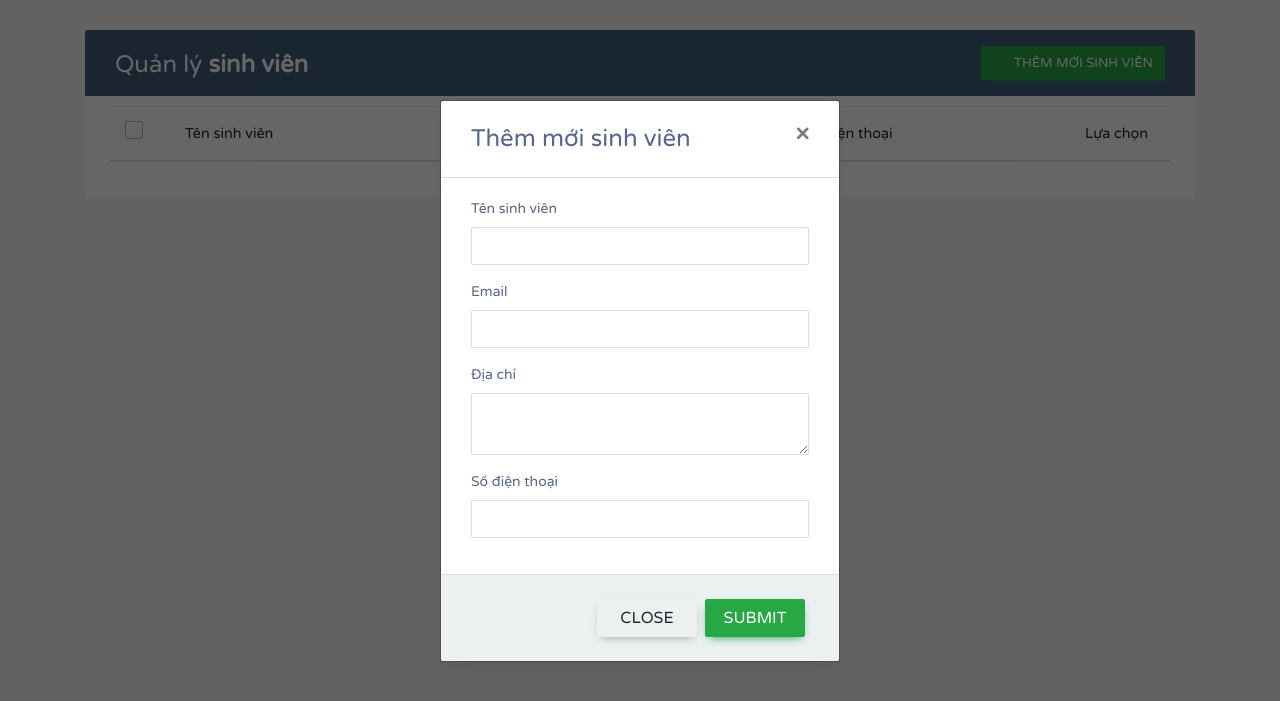
Repository: TinhTT336/MD02_Session06
Page: /, after clicking the first element matching `button.btn`
These files come from the project's save history. The page is drawn as it stood at one moment and after the next save; the edit follows.
The browser window is 1280 px wide. The pictures show the whole page.
Some web libraries are served in a nearby version. The project was rebuilt for these pictures with package versions that can differ from the ones it lists, and the page was loaded fresh each time. Also part of the build but not shown: vite.config.js, src/mini_project/TodoList.jsx, src/mini_project/Todo.jsx, src/base/Input.jsx, src/base/Radio.jsx, src/base/Checkbox.jsx, src/Homework/EditModal.jsx, src/index.css.

Above is the page before, as saved 2023-09-02 21:34:57.

### index.html
<!doctype html>
<html lang="en">

<head>
  <meta charset="UTF-8" />
  <link rel="icon" type="image/svg+xml" href="/vite.svg" />
  <meta name="viewport" content="width=device-width, initial-scale=1.0" />
  <title>Vite + React</title>
  <link href="https://cdnjs.cloudflare.com/ajax/libs/font-awesome/6.0.0/css/all.min.css" rel="stylesheet" />
  <link href="https://fonts.googleapis.com/css?family=Roboto:300,400,500,700&display=swap" rel="stylesheet" />
  <link href="https://cdnjs.cloudflare.com/ajax/libs/mdb-ui-kit/6.2.0/mdb.min.css" rel="stylesheet" />
  <link rel="stylesheet" href="https://fonts.googleapis.com/css?family=Roboto|Varela+Round">
  <link rel="stylesheet" href="https://stackpath.bootstrapcdn.com/bootstrap/4.5.0/css/bootstrap.min.css">
  <link rel="stylesheet" href="https://fonts.googleapis.com/icon?family=Material+Icons">
  <link rel="stylesheet" href="https://maxcdn.bootstrapcdn.com/font-awesome/4.7.0/css/font-awesome.min.css">
  <link rel="stylesheet" href="./public/css/index.css">

</head>

<body>
  <div id="root"></div>
  <script type="module" src="/src/main.jsx"></script>
</body>

</html>

### public/css/index.css
body {
	color: #566787;
	background: #f5f5f5;
	font-family: 'Varela Round', sans-serif;
	font-size: 13px;
}

.table-responsive {
	margin: 30px 0;
}

.table-wrapper {
	background: #fff;
	padding: 20px 25px;
	border-radius: 3px;
	min-width: 1000px;
	box-shadow: 0 1px 1px rgba(0, 0, 0, .05);
}

.table-title {
	padding-bottom: 15px;
	background: #435d7d;
	color: #fff;
	padding: 16px 30px;
	min-width: 100%;
	margin: -20px -25px 10px;
	border-radius: 3px 3px 0 0;
}

.table-title h2 {
	margin: 5px 0 0;
	font-size: 24px;
}

.table-title .btn-group {
	float: right;
}

.table-title .btn {
	color: #fff;
	float: right;
	font-size: 13px;
	border: none;
	min-width: 50px;
	border-radius: 2px;
	border: none;
	outline: none !important;
	margin-left: 10px;
}

.table-title .btn i {
	float: left;
	font-size: 21px;
	margin-right: 5px;
}

.table-title .btn span {
	float: left;
	margin-top: 2px;
}

table.table tr th,
table.table tr td {
	border-color: #e9e9e9;
	padding: 12px 15px;
	vertical-align: middle;
}

table.table tr th:first-child {
	width: 60px;
}

table.table tr th:last-child {
	width: 100px;
}

table.table-striped tbody tr:nth-of-type(odd) {
	background-color: #fcfcfc;
}

table.table-striped.table-hover tbody tr:hover {
	background: #f5f5f5;
}

table.table th i {
	font-size: 13px;
	margin: 0 5px;
	cursor: pointer;
}

table.table td:last-child i {
	opacity: 0.9;
	font-size: 22px;
	margin: 0 5px;
}

table.table td a {
	font-weight: bold;
	color: #566787;
	display: inline-block;
	text-decoration: none;
	outline: none !important;
}

table.table td a:hover {
	color: #2196F3;
}

table.table td a.edit {
	color: #FFC107;
}

table.table td a.delete {
	color: #F44336;
}

table.table td i {
	font-size: 19px;
}

table.table .avatar {
	border-radius: 50%;
	vertical-align: middle;
	margin-right: 10px;
}

.pagination {
	float: right;
	margin: 0 0 5px;
}

.pagination li a {
	border: none;
	font-size: 13px;
	min-width: 30px;
	min-height: 30px;
	color: #999;
	margin: 0 2px;
	line-height: 30px;
	border-radius: 2px !important;
	text-align: center;
	padding: 0 6px;
}

.pagination li a:hover {
	color: #666;
}

.pagination li.active a,
.pagination li.active a.page-link {
	background: #03A9F4;
}

.pagination li.active a:hover {
	background: #0397d6;
}

.pagination li.disabled i {
	color: #ccc;
}

.pagination li i {
	font-size: 16px;
	padding-top: 6px
}

.hint-text {
	float: left;
	margin-top: 10px;
	font-size: 13px;
}

/* Custom checkbox */
.custom-checkbox {
	position: relative;
}

.custom-checkbox input[type="checkbox"] {
	opacity: 0;
	position: absolute;
	margin: 5px 0 0 3px;
	z-index: 9;
}

.custom-checkbox label:before {
	width: 18px;
	height: 18px;
}

.custom-checkbox label:before {
	content: '';
	margin-right: 10px;
	display: inline-block;
	vertical-align: text-top;
	background: white;
	border: 1px solid #bbb;
	border-radius: 2px;
	box-sizing: border-box;
	z-index: 2;
}

.custom-checkbox input[type="checkbox"]:checked+label:after {
	content: '';
	position: absolute;
	left: 6px;
	top: 3px;
	width: 6px;
	height: 11px;
	border: solid #000;
	border-width: 0 3px 3px 0;
	transform: inherit;
	z-index: 3;
	transform: rotateZ(45deg);
}

.custom-checkbox input[type="checkbox"]:checked+label:before {
	border-color: #03A9F4;
	background: #03A9F4;
}

.custom-checkbox input[type="checkbox"]:checked+label:after {
	border-color: #fff;
}

.custom-checkbox input[type="checkbox"]:disabled+label:before {
	color: #b8b8b8;
	cursor: auto;
	box-shadow: none;
	background: #ddd;
}

/* Modal styles */
.modal .modal-dialog {
	max-width: 400px;
}

.modal .modal-header,
.modal .modal-body,
.modal .modal-footer {
	padding: 20px 30px;
}

.modal .modal-content {
	border-radius: 3px;
	font-size: 14px;
}

.modal .modal-footer {
	background: #ecf0f1;
	border-radius: 0 0 3px 3px;
}

.modal .modal-title {
	display: inline-block;
}

.modal .form-control {
	border-radius: 2px;
	box-shadow: none;
	border-color: #dddddd;
}

.modal textarea.form-control {
	resize: vertical;
}

.modal .btn {
	border-radius: 2px;
	min-width: 100px;
}

.modal form label {
	font-weight: normal;
}

### src/App.jsx
import { useState } from "react";
import reactLogo from "./assets/react.svg";
import viteLogo from "/vite.svg";
import "./App.css";
import TodoList from "./mini_project/TodoList";
import Todo from "./mini_project/Todo";
import Input from "./base/Input";
import Radio from "./base/Radio";
import Checkbox from "./base/Checkbox";
import Index from "./Homework/Index";

function App() {
  const [count, setCount] = useState(0);

  return (
    <>
      {/* <TodoList /> */}
      {/* <Todo /> */}
      {/* <Input /> */}
      {/* <Radio /> */}
      {/* <Checkbox /> */}
      <Index />
    </>
  );
}

export default App;

### src/App.css
.modal {
  position: fixed;
  top: 0;
  left: 0;
  right: 0;
  bottom: 0;
  background-color: rgba(0, 0, 0, 0.6);
  z-index: 1050;
  display: block !important;
  width: 100%;
  height: 100%;
  overflow: hidden;
  outline: 0;
}

.fade:not(.show) {
  opacity: 1;
}

.modal-dialog {
  margin-top: 150px;
}

### src/Homework/Index.jsx
import React from 'react'
import Table from './Table'
import AddModal from './AddModal'
import EditModal from './EditModal'

export default function Index() {
    return (
        <div>
            <Table />
            {/* <AddModal /> */}
            {/* <EditModal /> */}
        </div>
    )
}

### src/Homework/Table.jsx
import React, { useState } from 'react'
import AddModal from './AddModal';

export default function Table() {
    const [showFormAdd, setShowFormAdd] = useState(false);
    const [listStudent, setListStudent] = useState(() => {
        const students = JSON.parse(localStorage.getItem("students")) || [];
        return students;
    });
    // ham hien form Add
    const handleShowFormAdd = () => {
        setShowFormAdd(true); //set lai trang thai tu false thanh true
    }
    // ham an form Add
    const handleCloseFormAdd = () => {
        setShowFormAdd(false);
    }

    return (
        <>
            {/* component addModal se hien thi o day */}
            {showFormAdd ? <AddModal handleCloseFormAdd={handleCloseFormAdd} /> : <></>}
            <div className="container-xl">
                <div className="table-responsive">
                    <div className="table-wrapper">
                        <div className="table-title">
                            <div className="row">
                                <div className="col-sm-6">
                                    <h2>
                                        Quản lý <b>sinh viên</b>
                                    </h2>
                                </div>
                                <div className="col-sm-6">
                                    <button onClick={handleShowFormAdd}
                                        href="#addEmployeeModal"
                                        className="btn
                              btn-success"
                                        data-toggle="modal"
                                    >
                                        <i className="material-icons"></i>
                                        <span>Thêm mới sinh viên</span>
                                    </button>
                                </div>
                            </div>
                        </div>
                        <table className="table table-striped table-hover">
                            <thead>
                                <tr>
                                    <th>
                                        <span className="custom-checkbox">
                                            <input type="checkbox" id="selectAll" />
                                            <label htmlFor="selectAll" />
                                        </span>
                                    </th>
                                    <th>Tên sinh viên</th>
                                    <th>Email</th>
                                    <th>Địa chỉ</th>
                                    <th>Số điện thoại</th>
                                    <th>Lựa chọn</th>
                                </tr>
                            </thead>
                            <tbody>
                                { }
                            </tbody>
                        </table>
                    </div>
                </div>
            </div>

        </>
    )
}

### src/Homework/AddModal.jsx
import React, { useState } from 'react'

export default function AddModal(props) {
    // lay props tu cha
    // const { handleCloseForm } = props.handleCloseForm;//cach 1
    const handleCloseFormAdd = props.handleCloseFormAdd;//cach 2
    //cach 3: truyen thang props vao function AddModal (thay props bang {{handleCloseForm})
    const listStudent = props.listStudent;
    // Ham dong form
    const handleCloseFormAddStudent = () => {
        handleCloseFormAdd();
    }
    // khai bao state
    const [student, setStudent] = useState({
        studentName: '',
        email: '',
        address: '',
        phone: '',
    });
    // Ham lang nghe va lay du lieu tu cac o input
    const handleChange = (e) => {
        // lay value va name cua tung o input khi nhap
        // cach 1:
        const name = e.target.name;
        const value = e.target.value;
        // cach 2:
        // const { name, value } = e.target;

        // set state cho student
        setStudent({ ...student, [name]: value })
    }
    // ham submit
    const handleSubmit = (e) => {
        // ngan chan su kien mac dinh cua form
        e.preventDefault();
    }



    return (
        <div>
            <>
                {/* Edit Modal HTML */}
                <div id="addEmployeeModal" className="modal fade">
                    <div className="modal-dialog">
                        <div className="modal-content">
                            <form>
                                <div className="modal-header">
                                    <h4 className="modal-title">Thêm mới sinh viên</h4>
                                    <button onClick={handleCloseFormAddStudent}
                                        type="button"
                                        className="close"
                                        data-dismiss="modal"
                                        aria-hidden="true"
                                    >
                                        ×
                                    </button>
                                </div>
                                <div className="modal-body">
                                    <div className="form-group">
                                        <label>Tên sinh viên</label>
                                        <input type="text" className="form-control" name='studentName' onChange={handleChange} />
                                    </div>
                                    <div className="form-group">
                                        <label>Email</label>
                                        <input type="email" className="form-control" name='email' onChange={handleChange} />
                                    </div>
                                    <div className="form-group">
                                        <label>Địa chỉ</label>
                                        <textarea
                                            name='address'
                                            onChange={handleChange}
                                            className="form-control"
                                            required=""
                                        />
                                    </div>
                                    <div className="form-group">
                                        <label>Số điện thoại</label>
                                        <input type="text" className="form-control" required="" name='phone' onChange={handleChange} />
                                    </div>
                                </div>
                                <div className="modal-footer">
                                    <input onClick={handleCloseFormAddStudent}
                                        type="button"
                                        className="btn btn-default"
                                        defaultValue="Close"
                                    />
                                    <input
                                        type="submit"
                                        className="btn btn-success"
                                        defaultValue="Add"
                                    />
                                    {/* <button onClick={handleCloseFormAddStudent}
                                        type="button"
                                        className="btn btn-default"
                                    >Close</button>
                                    <button
                                        type="submit"
                                        className="btn btn-success"
                                        defaultValue="Add"
                                    >Add</button> */}
                                </div>
                            </form>
                        </div>
                    </div>
                </div>
                {/* Edit Modal HTML */}
            </>

        </div>
    )
}

Loaded but not shown: src/main.jsx (common file)

After the next save:
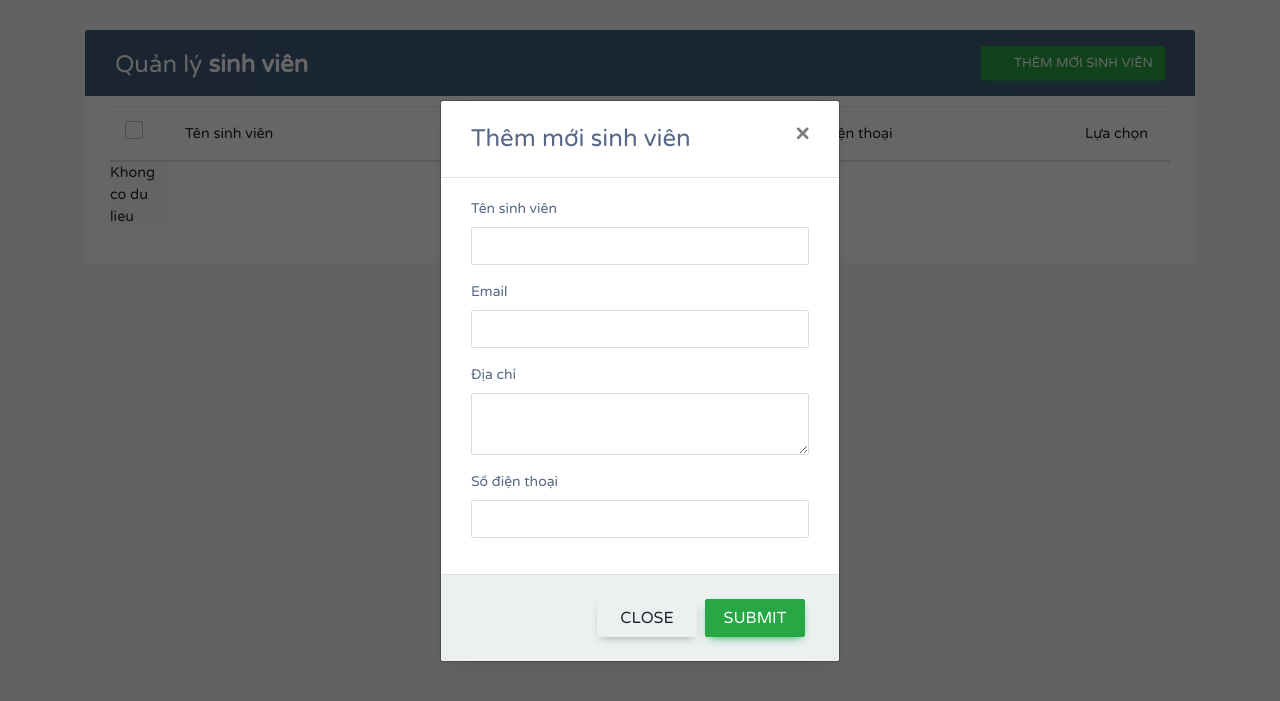
Saved 2 min 55 s later.
--- a/src/Homework/Table.jsx
+++ b/src/Homework/Table.jsx
@@ -60,7 +60,49 @@ export default function Table() {
                                 </tr>
                             </thead>
                             <tbody>
-                                { }
+                                {listStudent.length === 0 ? (<tr aria-colspan={5}>Khong co du lieu</tr>) : (<>{listStudent.map(st => (
+                                    <tr>
+                                        <td>
+                                            <span className="custom-checkbox">
+                                                <input
+                                                    type="checkbox"
+                                                    id="checkbox5"
+                                                    name="options[]"
+                                                    defaultValue={1}
+                                                />
+                                                <label htmlFor="checkbox5" />
+                                            </span>
+                                        </td>
+                                        <td>Nguyễn Văn A</td>
+                                        <td>anv@mail.com</td>
+                                        <td>Thanh Xuân, Hà Nội</td>
+                                        <td>(+84) 631 2097</td>
+                                        <td>
+                                            <a href="#editEmployeeModal" className="edit" data-toggle="modal">
+                                                <i
+                                                    className="material-icons"
+                                                    data-toggle="tooltip"
+                                                    title="Edit"
+                                                >
+                                                    
+                                                </i>
+                                            </a>
+                                            <a
+                                                href="#deleteEmployeeModal"
+                                                className="delete"
+                                                data-toggle="modal"
+                                            >
+                                                <i
+                                                    className="material-icons"
+                                                    data-toggle="tooltip"
+                                                    title="Delete"
+                                                >
+                                                    
+                                                </i>
+                                            </a>
+                                        </td>
+                                    </tr>
+                                ))}</>)}
                             </tbody>
                         </table>
                     </div>
